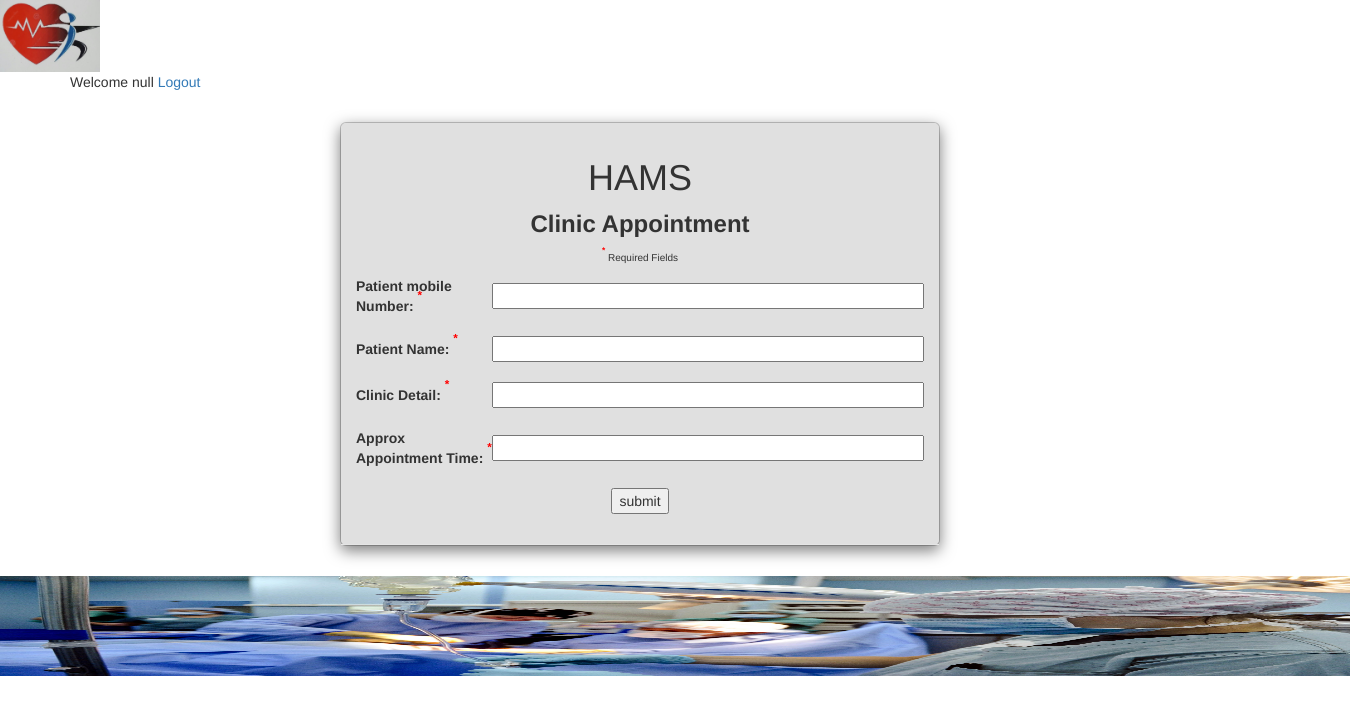
Repository: shiveshk/PullData
Page: http://localhost/Hams/appointment.jsp
The author's editor kept a copy of each file at every save. The page is drawn from the files as they stood at one save, then again after the next save.
The browser window is 1280 px wide. The page is 1350 px wide, so the pictures cover 1350 px, including what lies to the right of the window. The pictures show the whole page.
The page is served by Tomcat 9. Nobody is signed in. The application's start-up code is not run. Other server files are loaded and not shown.

Above is the page before, as saved 2015-11-06 13:07:23.
Console error (its wording comes from the project's code and is left out).

### Hams/WebContent/appointment.jsp
<?xml version="1.0" encoding="ISO-8859-1" ?>

<%@ page language="java" contentType="text/html; charset=ISO-8859-1" pageEncoding="ISO-8859-1"%>
<!DOCTYPE html PUBLIC "-//W3C//DTD XHTML 1.0 Transitional//EN" "http://www.w3.org/TR/xhtml1/DTD/xhtml1-transitional.dtd">
<html xmlns="http://www.w3.org/1999/xhtml">
<head>
  <link rel="stylesheet" href="http://maxcdn.bootstrapcdn.com/bootstrap/3.3.5/css/bootstrap.min.css">
  <script src="http://maxcdn.bootstrapcdn.com/bootstrap/3.3.5/js/bootstrap.min.js"></script>
  <script src="validation.js"></script>

<link rel="stylesheet" type="text/css" href="hams.css">

<meta http-equiv="Content-Type" content="text/html; charset=ISO-8859-1" />

<title>Patient Appointment</title>


</head>



<img src = "images/HAMSLogo.jpg" alt="hamslogo" id="img1"/>

<div class="container" >
<% String username = (String)request.getSession().getAttribute("name");
out.println("Welcome "+username);
%>

<a href="LogoutServlet">Logout</a>

<center>
<div id="login-overlay" class="modal-dialog" >
     <div class="modal-content" >
          <div class="modal-header" >
<h1>HAMS</h1>


	<p><b><font size=5>Clinic Appointment</font></b></p>
	<p><font size=1><b><sup>*</sup></b> Required Fields</font></p>



<form name="myForm" action="PatientAppointmentServlet" method="post"  onsubmit="return validate()" >
 	<div class="form-group">
<table >
 <tbody>

 	 <tr class="row1">
	 	 <td><b>Patient mobile Number: <sup>*</sup></b> </td>
	 	 <td><input type="text" id="patient_mobile_number" name="patient_mobile_number"  size=50 maxlength=20 /></td>
	 </tr>

	 <tr class="row2">
	 	 <td><b>Patient Name: <sup>*</sup></b> </td>
	 	 <td><input type="text" id="patient_name" name="patient_name"  size=50 maxlength=500 /></td>
	 </tr>


	 <tr class="row3">
	 	<td><b>Clinic Detail: <sup>*</sup></b> </td>
	 	<td><input type="text" id="clinic_detail" name="clinic_detail"  size=50 maxlength=500 /></td>
	 </tr>


	 <tr class="row4">
	 	<td><b>Approx Appointment Time: <sup>*</sup></b> </td>
	 	<td><input type="text" id="time" name="time"  size=50 maxlength=500 /></td>
	 </tr>

 </tbody>

</table>
	<br /><input type="submit" name="submit" value="submit" />
	</div>
</form>
		</div>
	</div>
</div>

</center>
</div>
	<img src = "images/hams1.jpg" alt="doctor" id="img2"/>




</body>
</html>

### Hams/WebContent/validation.js
function validate()
{
   var w=document.forms["myForm"]["patient_name"].value;
   var x=document.forms["myForm"]["clinic_detail"].value;
   //var y=document.forms["myForm"]["token_no"].value;
   var z=document.forms["myForm"]["time"].value;
   if (w.trim().length<=0) // check length of your name field
   {
      alert("Patient Name must be filled out");
      return false;
   }
   if (x.trim().length<=0) // check length of your name field
   {
      alert("clinic detail must be filled out");
      return false;
   }
   if (z.trim().length<=0) // check length of your name field
   {
      alert("Appointment time Name must be filled out");
      return false;
   }

}

### Hams/WebContent/hams.css
@CHARSET "ISO-8859-1";
<style>

 p {
  white-space: pre;
 }
sup {
    vertical-align: super;
    font-size: smaller;
    color : red;
}

#img1 {
	align: center;
	margin: auto;
	width: 100px;
}

#img2 {
	align: center;
	margin: auto;
	bottom: 100px;
    height: 100px;
    width: 1350px;
}
#img3 {
    float: right;
    margin: 0 0 10px 10px;
}


tr.row2 td {
    padding-top: 20px;
}

tr.row3 td {
    padding-top: 20px;
}

tr.row4 td {
    padding-top: 20px;
}


.modal-content {
    background-color: #E0E0E0 ;
}
</style>

After the next save:
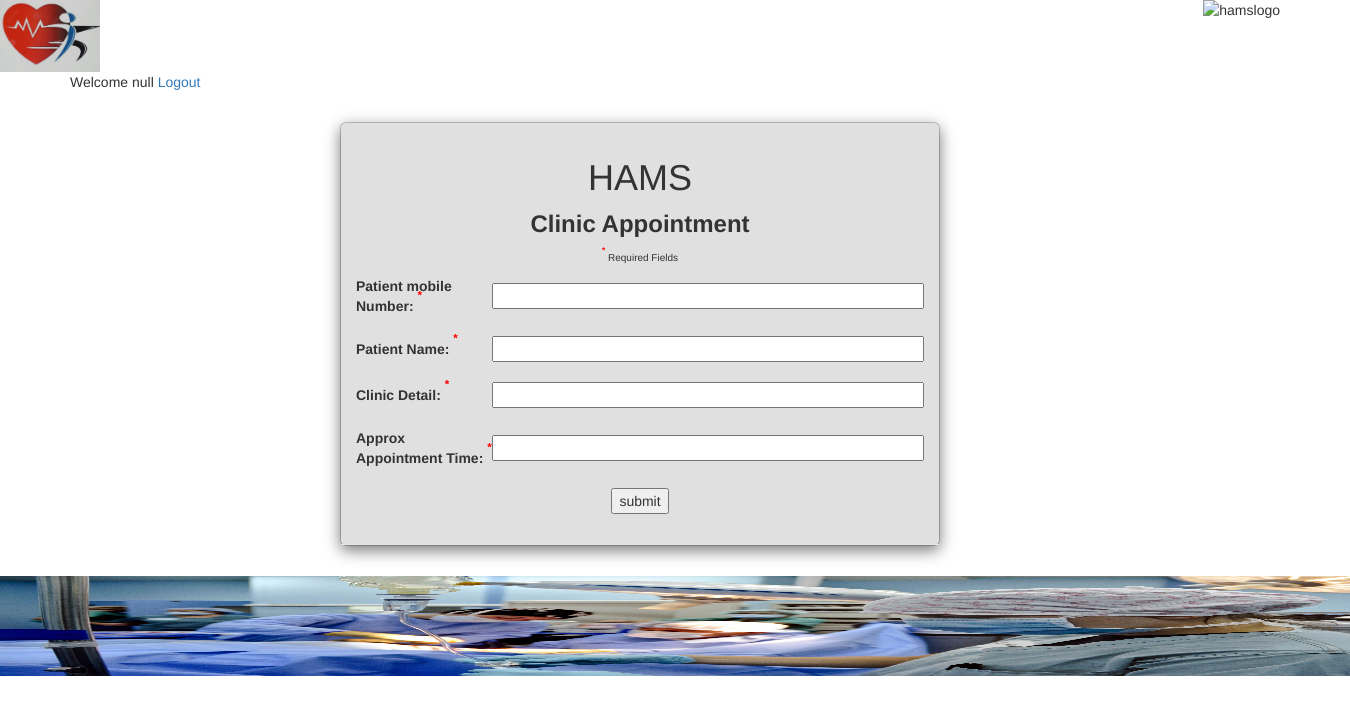
Not found: Hams/Hams/images/hams2.jpg
Saved 30 s later.
--- a/Hams/WebContent/appointment.jsp
+++ b/Hams/WebContent/appointment.jsp
@@ -20,6 +20,7 @@
 
 
 <img src = "images/HAMSLogo.jpg" alt="hamslogo" id="img1"/>
+<img src = "images/hams2.jpg" alt="hamslogo" id="img3"/>
 
 <div class="container" >
 <% String username = (String)request.getSession().getAttribute("name");
